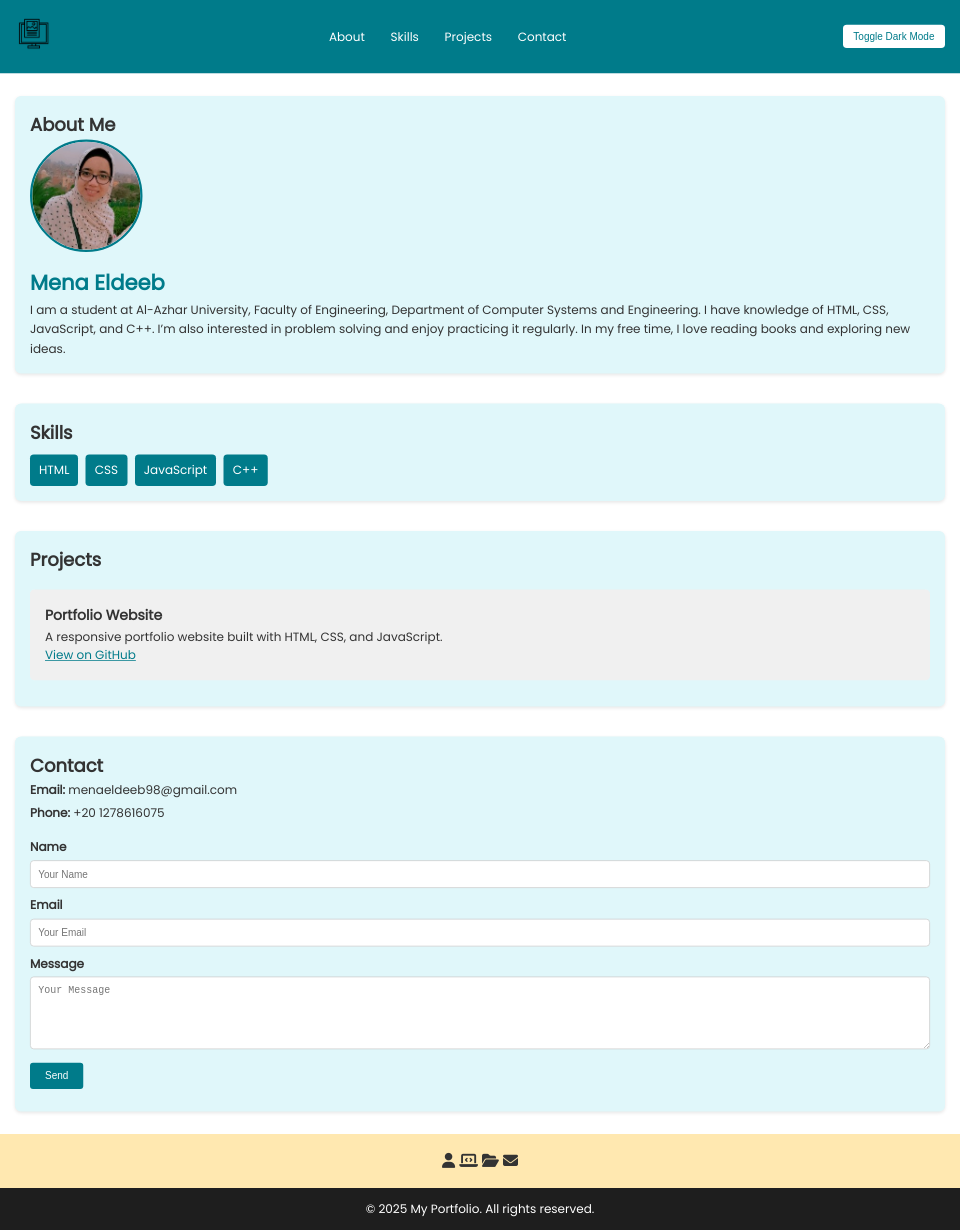
Repository: MenaEldeeb/My-Portfolio
Page: index.html
The author's editor kept a copy of each file at every save. The page is drawn from the files as they stood at one save, then again after the next save.
The browser window is 1280 px wide. The pictures show the whole page, at 75% of full size.

Above is the page before, as saved 2025-07-16 20:05:45.

After the next save:
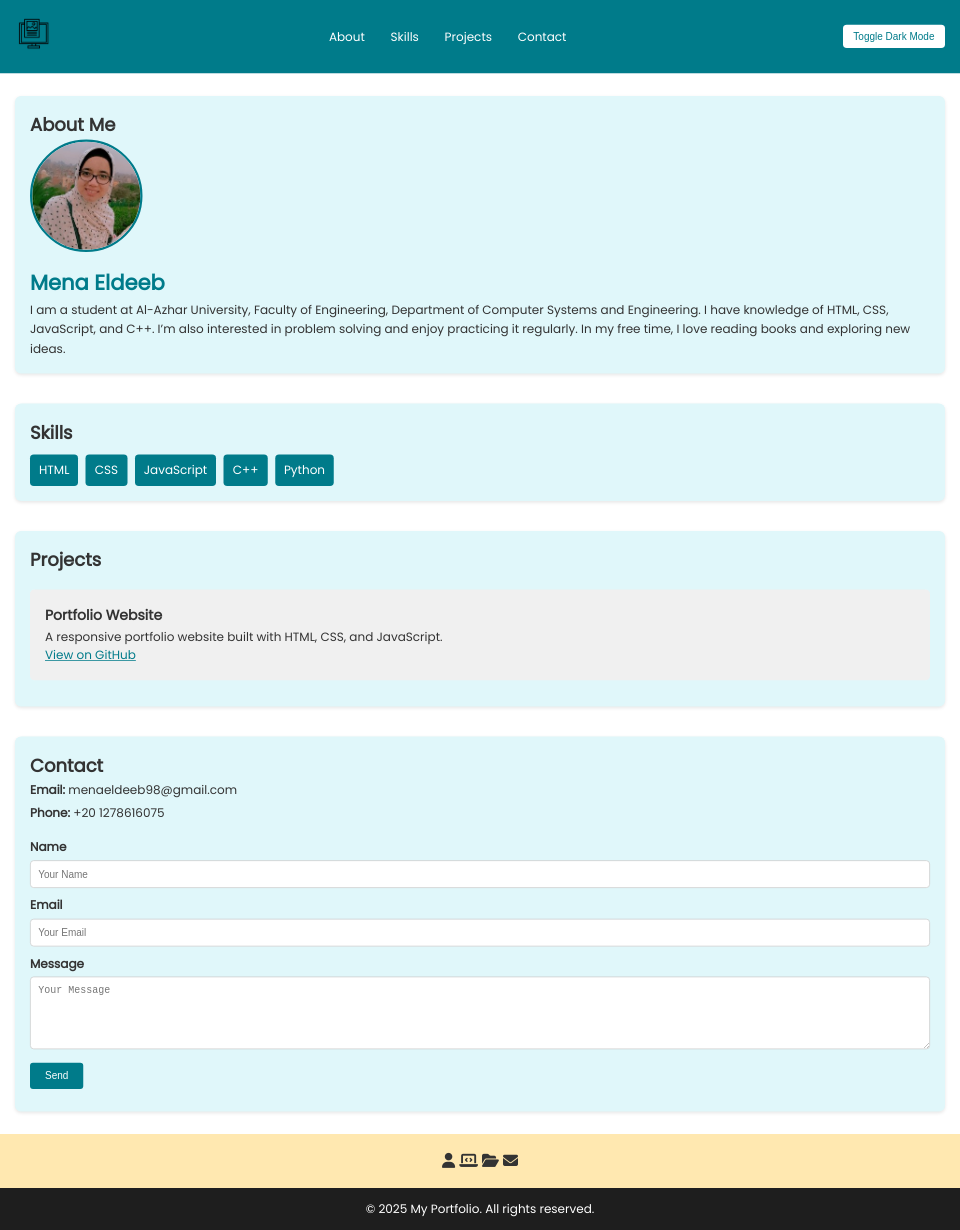
Saved 9 min 3 s later.
--- a/index.html
+++ b/index.html
@@ -72,6 +72,8 @@
           <li>CSS</li>
           <li>JavaScript</li>
           <li>C++</li>
+          <li>Python</li>
+
         </ul>
       </section>
 
